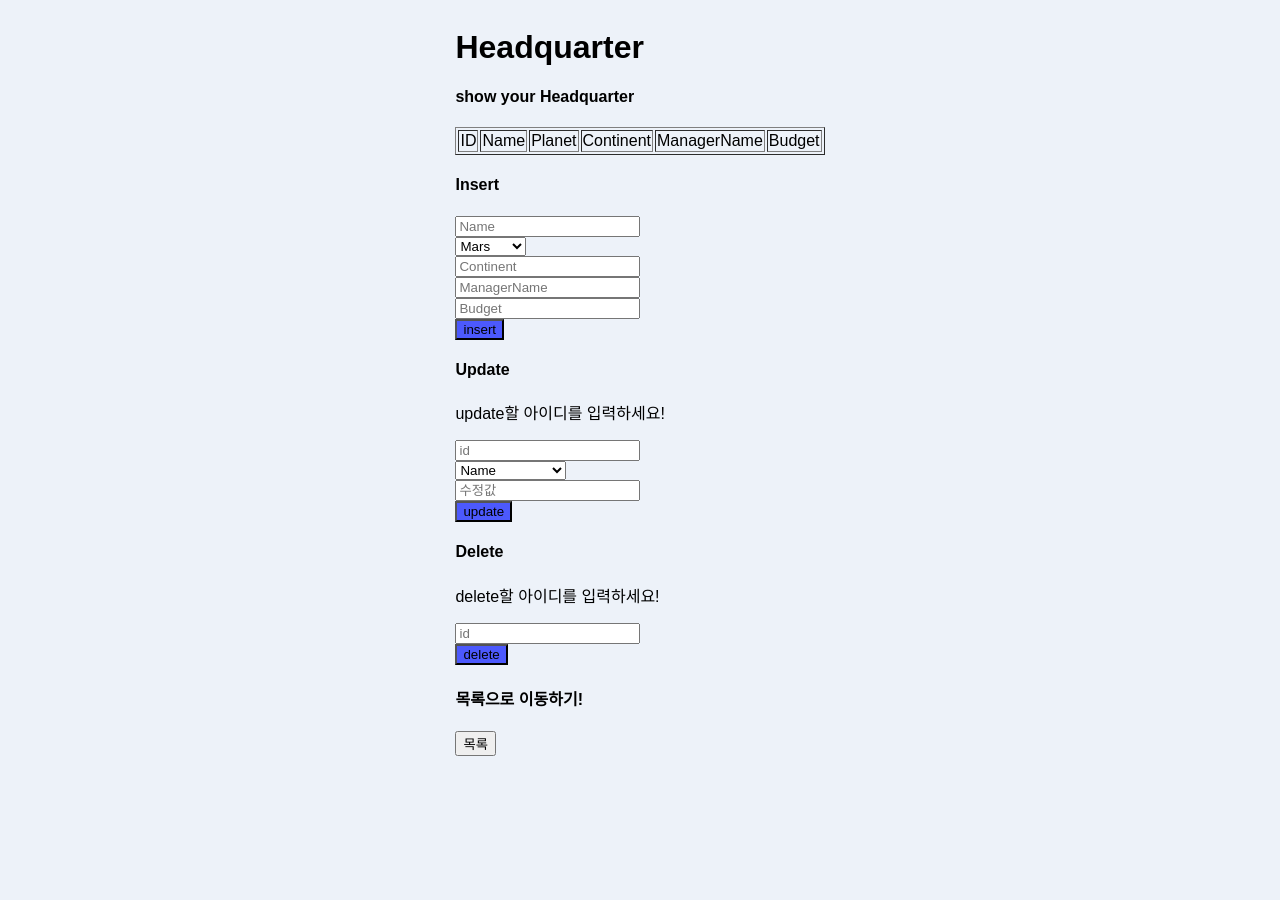
Repository: CISXO/JSP
Page: http://localhost/DB_Project/DB/Headquarter.jsp
An editor plug-in stored every save of this project. The page is shown before and after the next save, followed by the edit.
The browser window is 1280 px wide. The pictures show the whole page.
The page is served by Tomcat 9. Queries for data that is not in the repository find no rows.

Above is the page before, as saved 2022-12-21 21:05:31.

After the next save:
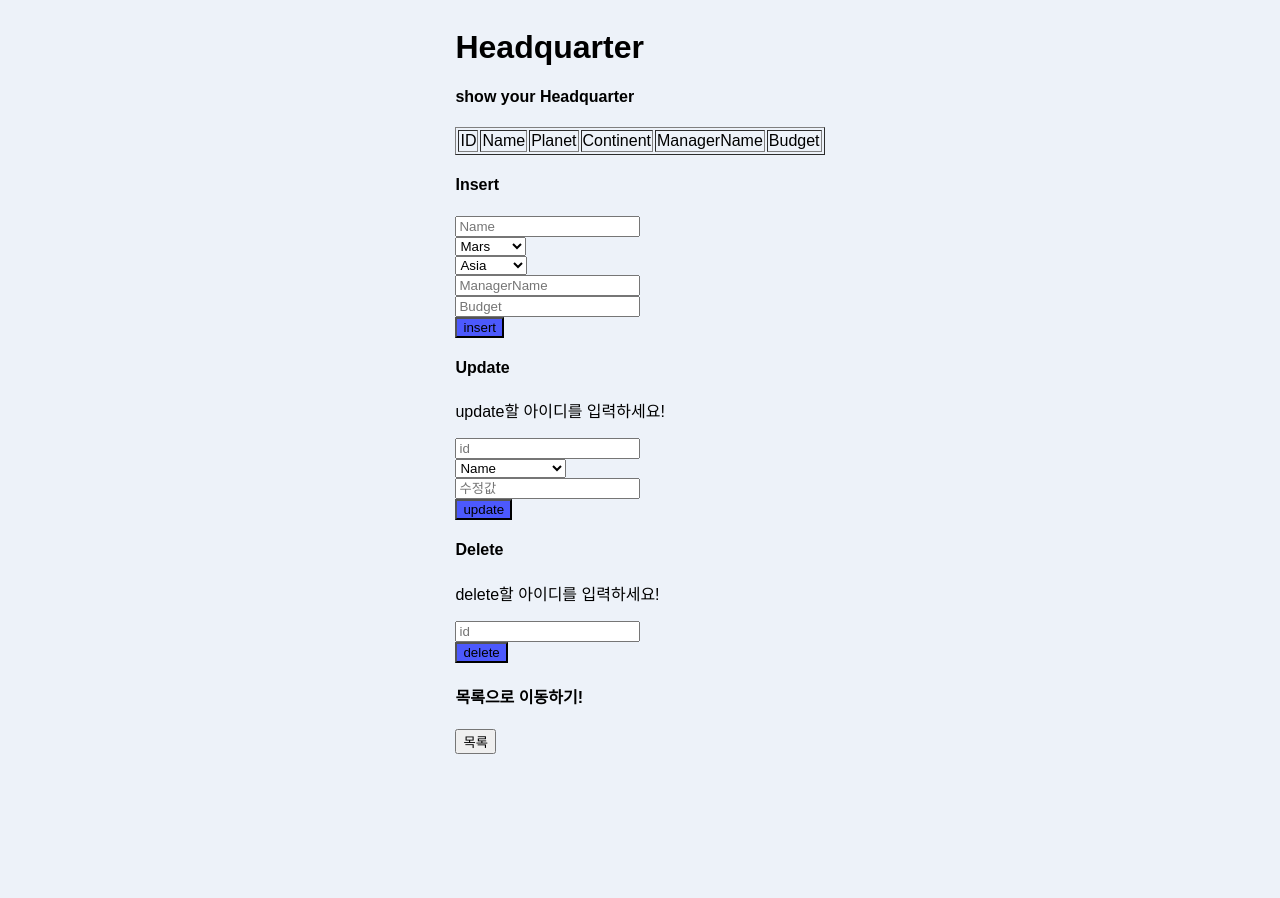
Saved 94 s later.
--- a/DbProject/DB_Project/src/main/webapp/DB/Headquarter.jsp
+++ b/DbProject/DB_Project/src/main/webapp/DB/Headquarter.jsp
@@ -85,7 +85,14 @@ try {
       </select>
         </div>
         <div class="row">
-        <input id="Continent1" name="Continent1" type="text" placeHolder="Continent">
+
+      <select name="Continent1">
+        <option>Asia</option>
+        <option>Africa</option>
+        <option>America</option>
+        <option>Europe</option>
+        <option>Oceania</option>
+      </select>
         </div>
         <div class="row">
         <input id="ManagerName1" name="ManagerName1" type="text" placeHolder="ManagerName">
